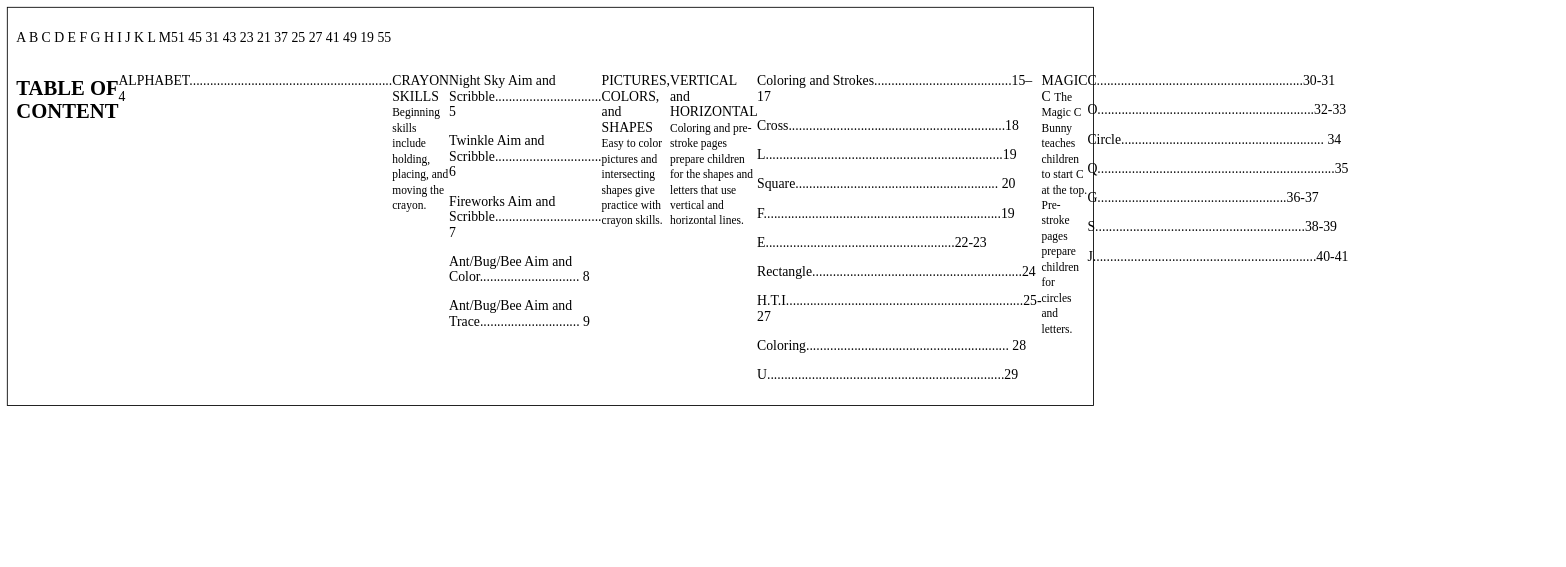
Repository: nickeone/magda-css-flex
Page: index.html
An editor plug-in stored every save of this project. The page is shown before and after the next save, followed by the edit.
The browser window is 1280 px wide. The page is 1568 px wide, then 1821 px, so the pictures cover 1821 px, including what lies to the right of the window. The pictures show the whole page, at 86% of full size.

Above is the page before, as saved 2021-06-14 22:47:41.

After the next save:
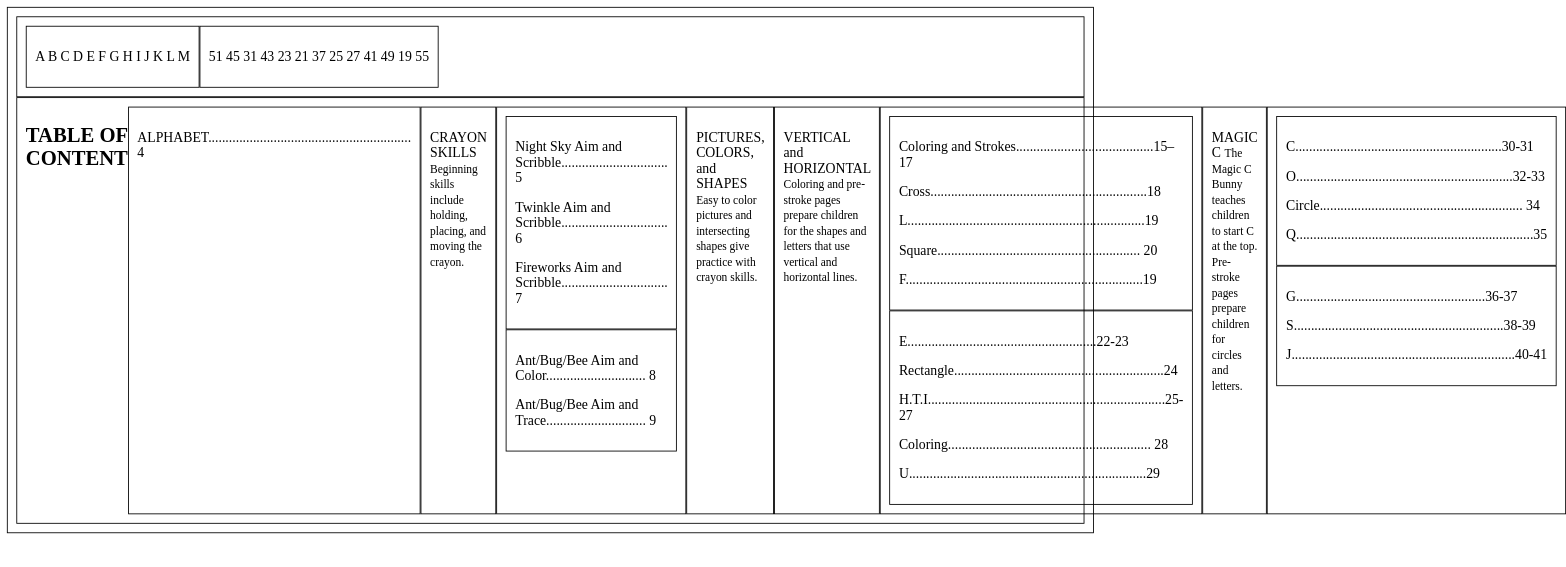
Saved 23 s later.
--- a/assets/style.css
+++ b/assets/style.css
@@ -6,3 +6,8 @@
     border: 1px black solid;
     padding: 10px;
 }
+
+div {
+    border: 1px black solid;
+    padding: 10px;
+}
